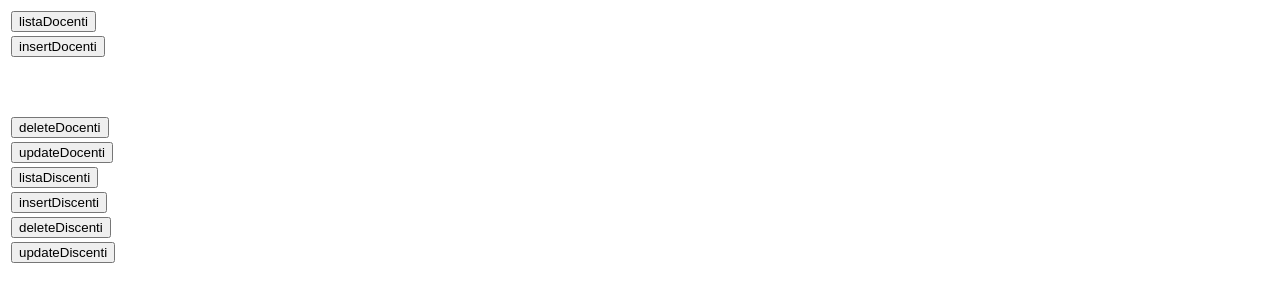
Repository: daneleprivitelli/progettoEJB
Page: http://localhost/ProjectJEE/CtrlMain
The author's editor kept a copy of each file at every save. The page is drawn from the files as they stood at one save, then again after the next save.
The browser window is 1280 px wide. The pictures show the whole page.
The page is served by Tomcat 9. Other server files are loaded and not shown.

Above is the page before, as saved 2021-12-10 14:22:15.

### ProjectJEE/src/main/webapp/Main/Main.jsp
<%@ page language="java" contentType="text/html; charset=ISO-8859-1"
    pageEncoding="ISO-8859-1"%>
<!DOCTYPE html>
<html>
<head>
<meta charset="ISO-8859-1">
<title>Main menu</title>
</head>
<body>
<form method="post" action="/ProjectJEE/CtrlMain">
 <table>
 <tr>
  <td>
   <input type="submit" name="formOk" value="listaDocenti">
  </td>
 </tr>
 <tr>
  <td>
   <input type="submit" name="formOk" value="insertDocenti">
  </td>
 </tr>
</table>
<br>
<br>
<br>
<table>
 <tr>
  <td>
   <input type="submit" name="formOk" value="deleteDocenti">
  </td>
 </tr>
 <tr>
  <td>
   <input type="submit" name="formOk" value="updateDocenti">
  </td>
 </tr>
  <tr>
  <td>
   <input type="submit" name="formOk" value="listaDiscenti">
  </td>
 </tr>
  <tr>
  <td>
   <input type="submit" name="formOk" value="insertDiscenti">
  </td>
 </tr>
  <tr>
  <td>
   <input type="submit" name="formOk" value="deleteDiscenti">
  </td>
 </tr>
 <tr>
  <td>
   <input type="submit" name="formOk" value="updateDiscenti">
  </td>
 </tr>
 </table>
</form>
</body>
</html>

### ProjectJEE/src/main/java/controller/CtrlMain.java
package controller;

import java.io.IOException;

import javax.servlet.RequestDispatcher;
import javax.servlet.ServletContext;
import javax.servlet.ServletException;
import javax.servlet.annotation.WebServlet;
import javax.servlet.http.HttpServlet;
import javax.servlet.http.HttpServletRequest;
import javax.servlet.http.HttpServletResponse;

@WebServlet({ "/CtrlMain", "/ProjectJEE"})
public class CtrlMain extends HttpServlet {
	private static final long serialVersionUID = 1L;

    public CtrlMain() {
        super();
    }

	protected void doGet(HttpServletRequest request, HttpServletResponse response) throws ServletException, IOException {
		visualizzaMenu(request, response);
	}

	private void visualizzaMenu(HttpServletRequest request, HttpServletResponse response) throws ServletException, IOException {
		ServletContext oContesto = getServletContext();
		RequestDispatcher oDispatcher = oContesto.getRequestDispatcher("/Main/Main.jsp");
		oDispatcher.forward(request, response);
	}

	protected void doPost(HttpServletRequest req, HttpServletResponse resp) throws ServletException, IOException {
		String controller = "";
		String valoreScelto = req.getParameter("formOk");
		if(valoreScelto != null)
		{
			String scelta = valoreScelto;
			switch(scelta) {
			case "ListaDocenti":
				controller = "/CtrlDocente";
				break;
//			case "insertDocente":
//				controller = "/CtrlDocente";
//				break;
//			case "deleteDocente":
//				controller = "/CtrlDocente";
//				break;
			case "updateDocente":
				controller = "/CtrlDocente";
				break;
//			case "ListaDiscenti":
//				controller = "/CtrlDiscente";
//				break;
//			case "insertDiscente":
//				controller = "/CtrlDiscente";
//				break;
//			case "deleteDiscente":
//				controller = "/CtrlDiscente";
//				break;
//			case "updateDiscente":
//				controller = "/CtrlDiscente";
//				break;
			default:
				visualizzaMenu(req, resp);
				break;
			}
			getServletContext().getRequestDispatcher(controller).forward(req, resp);
		}
		else {
			visualizzaMenu(req, resp);
		}
	}
}

After the next save:
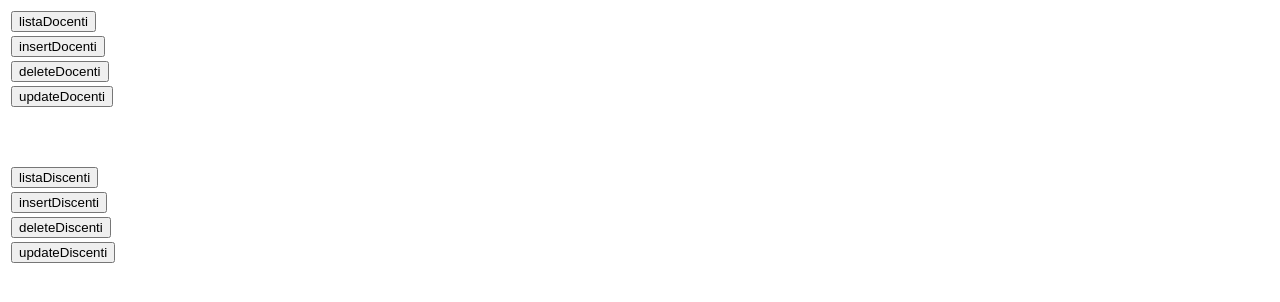
Saved 38 s later.
--- a/ProjectJEE/src/main/webapp/Main/Main.jsp
+++ b/ProjectJEE/src/main/webapp/Main/Main.jsp
@@ -19,11 +19,6 @@
    <input type="submit" name="formOk" value="insertDocenti">
   </td>
  </tr>
-</table>
-<br>
-<br>
-<br>
-<table>
  <tr>
   <td>
    <input type="submit" name="formOk" value="deleteDocenti">
@@ -34,6 +29,11 @@
    <input type="submit" name="formOk" value="updateDocenti">
   </td>
  </tr>
+</table>
+<br>
+<br>
+<br>
+<table>
   <tr>
   <td>
    <input type="submit" name="formOk" value="listaDiscenti">
